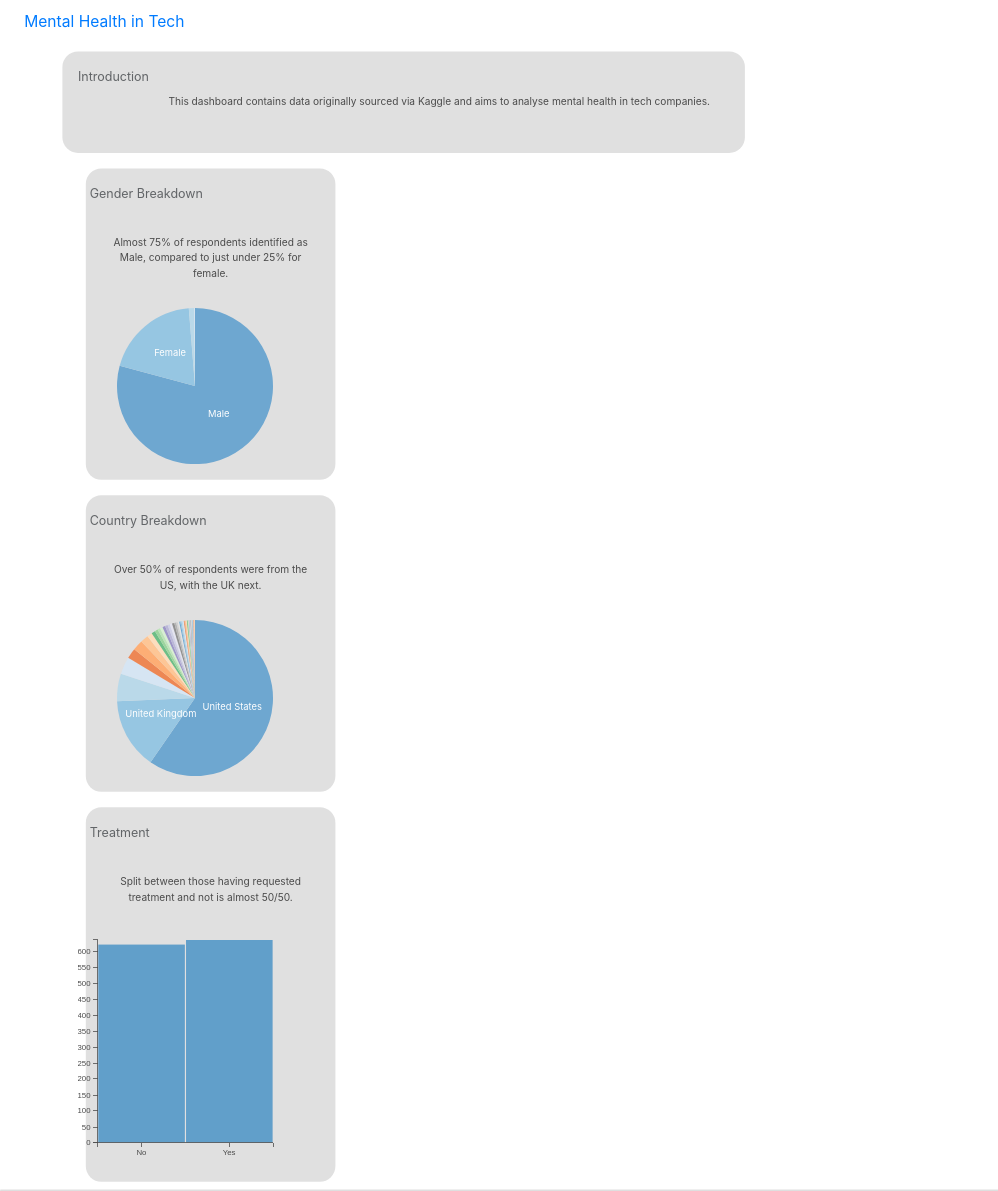
Repository: martingr1/mhdashboard
Page: index.html
The author's editor kept a record of every edit. The page is drawn from the files as they stood at one moment, then again after the next edit.
The browser window is 1280 px wide. The pictures show the whole page, at 78% of full size.
Some web libraries are served in a nearby version.

Above is the page before.

### index.html
<html>

<head>

    <meta charset="UTF-8">
    <meta name="viewport" content="width=device-width, initial-scale=1.0">
    <meta http-equiv="X-UA-Compatible" content="ie=edge">
    <title>Mental Health in Tech</title>

    <link rel="stylesheet" href="static/css/bootstrap.min.css" type="text/css" />
    <link rel="stylesheet" href="static/css/dc.min.css" type="text/css" />
    <link rel="stylesheet" type="text/css" href="https://maxcdn.bootstrapcdn.com/font-awesome/4.7.0/css/font-awesome.min.css">
    <link rel="stylesheet" href="static/css/style.css" type="text/css" />


    <script type="text/javascript" src="static/js/d3.min.js"></script>
    <script type="text/javascript" src="static/js/crossfilter.min.js"></script>
    <script type="text/javascript" src="static/js/dc.min.js"></script>
    <script type="text/javascript" src="static/js/queue.min.js"></script>
    <script type="text/javascript" src="static/js/graph.js"></script>

</head>

<body>

    <nav class="navbar navbar-default">
        <div class="container-fluid">
            <div class="navbar-header">
                <a class="navbar-brand" href="#">Mental Health in Tech</a>
            </div>
        </div>
    </nav>

    <section class="section container">
        <div class="row">
            <article class="article col-lg-12">
                <div class="row text-center">
                    <div class="row intro-box">
                        <div class="text-center">Introduction</div>
                        <hr class="line">
                        <div>
                            <p class="chart-text">This dashboard contains data originally sourced via Kaggle and aims to analyse mental health in tech companies.</p>
                        </div>
                    </div>
                </div>
        </div>
        </article>

        <article class="article col-xs-12 col-sm-6 col-lg-4">
            <div class="row no-gutters text-center">
                <div class="row content-box">
                    <div class="row">
                        <div class="text-center">Gender Breakdown</div>
                        <hr class="line">
                        <div>
                            <p class="chart-text">Almost 75% of respondents identified as Male, compared to just under 25% for female.</p>
                        </div>
                        <div class="row">
                            <div class="chart" id="gender_breakdown"></div>
                        </div>
                    </div>
                </div>
            </div>
        </article>

        <article class="article col-xs-12 col-sm-6 col-lg-4">
            <div class="row no-gutters text-center">
                <div class="row content-box">
                    <div class="row">
                        <div class="text-center">Country Breakdown</div>
                        <hr class="line">
                        <div>
                            <p class="chart-text">Over 50% of respondents were from the US, with the UK next.</p>
                        </div>
                        <div class="row">
                            <div class="chart" id="country_breakdown"></div>
                        </div>
                    </div>
                </div>
        </article>

        <article class="article col-xs-12 col-sm-6 col-lg-4">
            <div class="row no-gutters text-center">
                <div class="row content-box">
                    <div class="row">
                        <div class="text-center">Treatment</div>
                        <hr class="line">
                        <div>
                            <p class="chart-text">Split between those having requested treatment and not is almost 50/50.</p>
                        </div>
                        <div class="row">
                            <div class="chart" id="treatment_chart"></div>
                        </div>
                    </div>
                </div>
        </article>
    </section>

    <div class="card" id="average_age"></div>


    <script src="https://code.jquery.com/jquery-3.2.1.js" integrity="sha256-DZAnKJ/6XZ9si04Hgrsxu/8s717jcIzLy3oi35EouyE=" crossorigin="anonymous"></script>

</body>

</html>

### static/css/style.css
/*.background-image {
	background-image: url("static/images/clouds_sunset_sky_119785_3840x2400.jpg");
	background-position: center center;
} */

.intro-box {
	box-sizing: border-box;
	border-radius: 20px;
	background-color: #D3D3D3;
	opacity: 0.7;
	margin: 10px;
	padding: 20px;
	height: auto;
}

.content-box {
	box-sizing: border-box;
	border-radius: 20px;
	background-color: #D3D3D3;
	opacity: 0.7;
	margin: 10px;
	padding: 20px;
	max-width: 1080px;
	height: auto;
}

.chart-text {
	font-size: small;
	color: black;
	margin: 10px 0;
	padding: 25px;
}

.line {
	margin: 15px auto 15px;
	color: #FFFFFF;
	max-width: 75%;
}

### static/js/graph.js
queue()
    .defer(d3.csv, "data/mhsurvey.csv")
    .await(makeGraphs);

function makeGraphs(error, healthData) {

    var ndx = crossfilter(healthData);

    healthData.forEach(function(d) {
        d.age = parseInt(d.age);
    })

    show_gender_breakdown(ndx);
    show_country_breakdown(ndx);
    show_treatment_levels(ndx);
   // show_average_age(ndx);

    dc.renderAll();
}

function show_gender_breakdown(ndx) {

    var dim = ndx.dimension(dc.pluck("gender"));
    var group = dim.group();

    dc.pieChart('#gender_breakdown')
        .height(200)
        .radius(480)
        .transitionDuration(500)
        .dimension(dim)
        .group(group);
}

function show_country_breakdown(ndx) {

    var dim = ndx.dimension(dc.pluck("country"));
    var group = dim.group();

    dc.pieChart('#country_breakdown')
        .height(200)
        .radius(480)
        .transitionDuration(500)
        .dimension(dim)
        .group(group);
}

function show_treatment_levels(ndx) {

    var dim = ndx.dimension(dc.pluck("treatment"));
    var group = dim.group();

    dc.barChart('#treatment_chart')
        .width(300)
        .height(300)
        .margins({ top: 10, right: 50, bottom: 30, left: 25 })
        .dimension(dim)
        .group(group)
        .x(d3.scale.ordinal())
        .xUnits(dc.units.ordinal)
}

/* function show_average_age(ndx) {

    var gender_dim = ndx.dimension(dc.pluck("gender"));

    var average_age = gender_dim.group().reduce(

        function(p, v) {
            p.count++;
            p.total += v.age;
            p.average = p.total / p.count;
            return p;
        },

        function(p, v) {
            p.count--;
            if (p.count == 0) {
                p.total = 0;
                p.average = 0;
            }
            else {
                p.total -= v.age;
                p.average = p.total / p.count;
            }
            return p;
        },

        function() {
            return { count: 0, total: 0, average: 0 };
        }
    );

    dc.barChart('#average_age')
        .width(500)
        .height(300)
        .margins({ top: 10, right: 50, bottom: 30, left: 25 })
        .dimension(gender_dim)
        .group(average_age)
        .valueAccessor(function(d) {
            return d.value.average;
        })
        .x(d3.scale.ordinal())
        .xUnits(dc.units.ordinal)
        .xAxisLabel("Gender")
} */

Loaded but not shown: static/css/bootstrap.min.css (library); static/css/dc.min.css (library); static/js/d3.min.js (library); static/js/crossfilter.min.js (library); static/js/dc.min.js (library); static/js/queue.min.js (common file)

After the next edit:
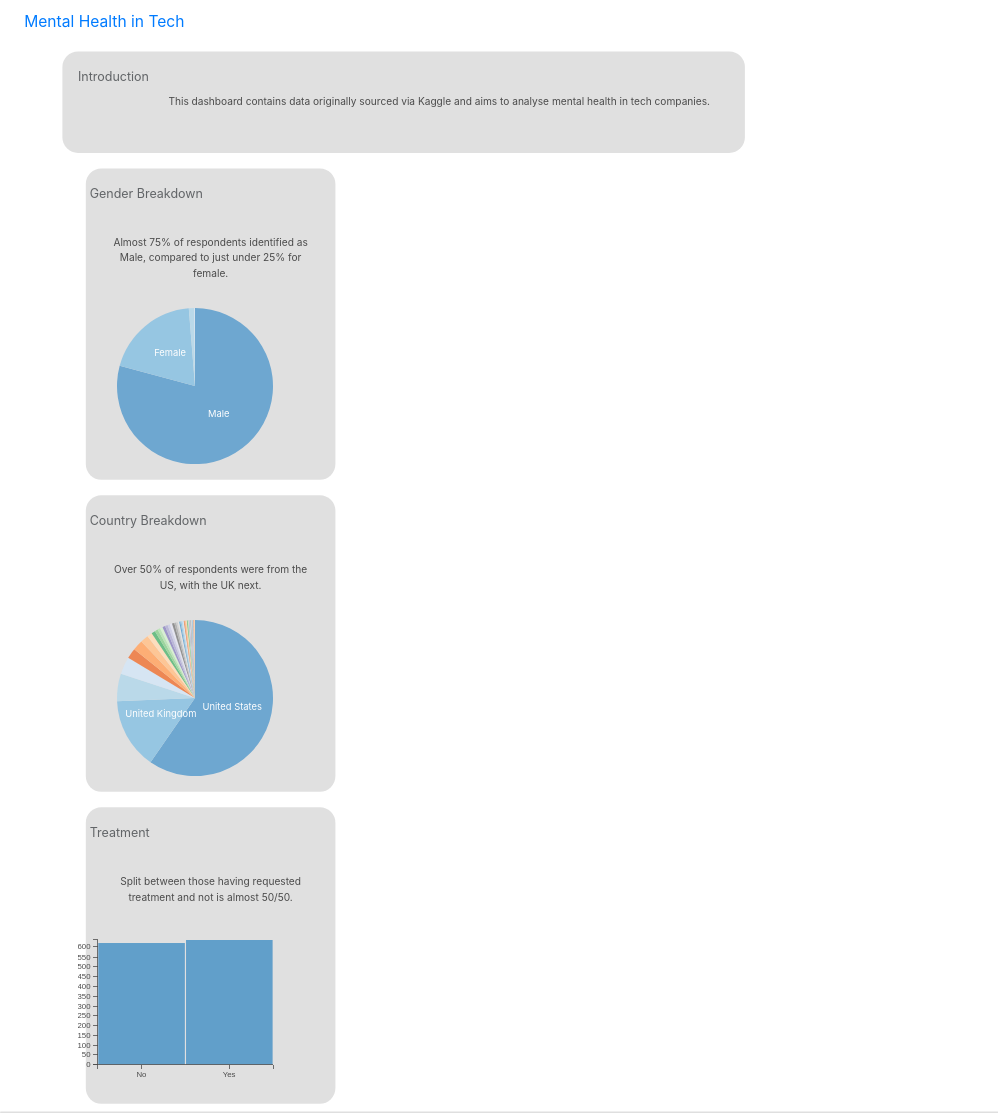
The edit:
--- a/static/js/graph.js
+++ b/static/js/graph.js
@@ -51,7 +51,7 @@
 
     dc.barChart('#treatment_chart')
         .width(300)
-        .height(300)
+        .height(200)
         .margins({ top: 10, right: 50, bottom: 30, left: 25 })
         .dimension(dim)
         .group(group)
